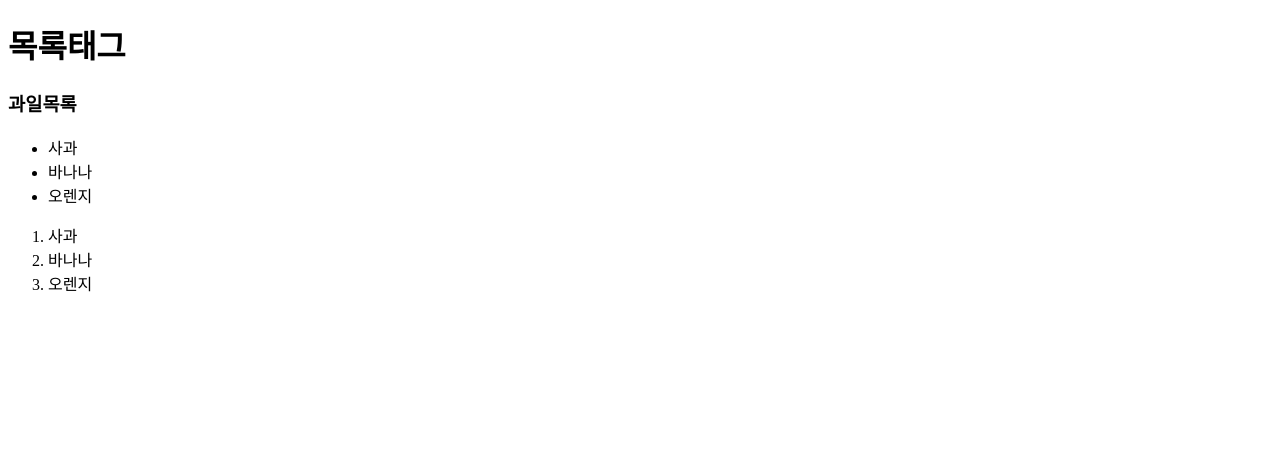
Repository: kmg8138/html
Page: 2020.04.06/ex0406/WebContent/ex04.html
These files come from the project's save history. The page is drawn as it stood at one moment and after the next save; the edit follows.
The browser window is 1280 px wide. The pictures show the whole page.

Above is the page before, as saved 2020-04-06 02:43:26.

### 2020.04.06/ex0406/WebContent/ex04.html
<!DOCTYPE html>
<html>
<head>
<meta charset="UTF-8">
<title>연습4</title>
</head>
<body>
	<h1>목록태그</h1>
	<h3>과일목록</h3>
	<ul>
		<li>사과</li>
		<li>바나나</li>
		<li>오렌지</li>
	</ul>

	<ol>
		<li>사과</li>
		<li>바나나</li>
		<li>오렌지</li>
	</ol>
</body>
</html>

After the next save:
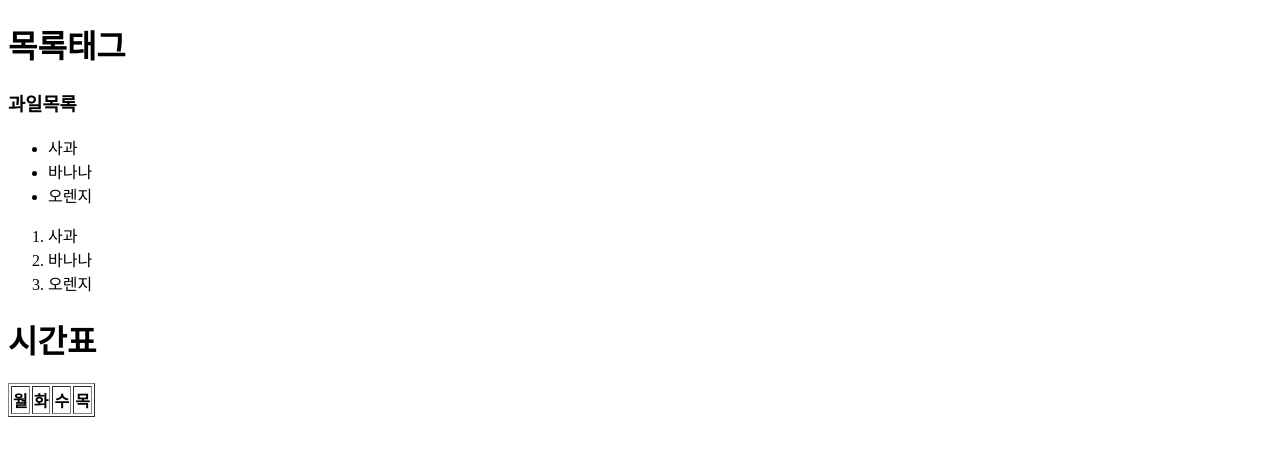
Saved 7 min 0 s later.
--- a/2020.04.06/ex0406/WebContent/ex04.html
+++ b/2020.04.06/ex0406/WebContent/ex04.html
@@ -18,5 +18,15 @@
 		<li>바나나</li>
 		<li>오렌지</li>
 	</ol>
+
+	<h1>시간표</h1>
+	<table border=1>
+		<tr>
+			<th>월</th>
+			<th>화</th>
+			<th>수</th>
+			<th>목</th>
+		</tr>
+	</table>
 </body>
 </html>
